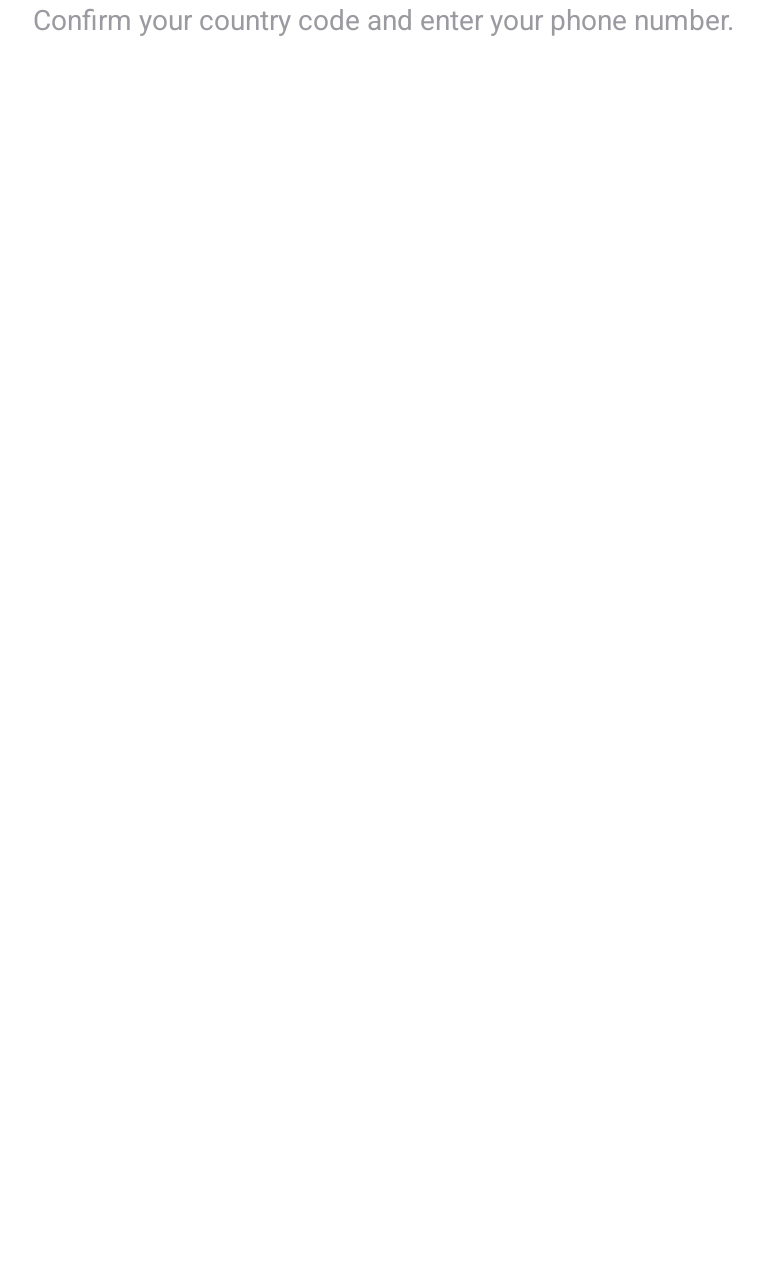
Repository: amit21sharma/Disturb
Layout: Disturb/res/layout/activity_main.xml
The author's editor kept a copy of each file at every save. The layout is drawn from the files as they stood at one save, then again after a run of saves.
It is drawn on a 768 x 1280 px phone screen (xhdpi) without system bars, with theme AppTheme; the app's code is not run.

Above is the layout before, as saved 2013-09-05 10:13:34.

### Disturb/res/layout/activity_main.xml
<?xml version="1.0" encoding="utf-8"?>
<LinearLayout xmlns:android="http://schemas.android.com/apk/res/android"
    android:layout_width="fill_parent"
    android:layout_height="fill_parent"
    android:paddingLeft="16dp"
    android:paddingRight="16dp"
    android:orientation="vertical" >
    <TextView
        android:id="@+id/textView1"
        android:layout_width="wrap_content"
        android:layout_height="wrap_content"
        android:text="@string/registration"
        android:gravity="center"
        android:textColor="#9a9aa0"/>



</LinearLayout>

### Disturb/res/values/strings.xml
<?xml version="1.0" encoding="utf-8"?>
<resources>

    <string name="app_name">Disturb</string>
    <string name="action_settings">Settings</string>
    <string name="hello_world">Hello world!</string>
    <string name="registration">Confirm your country code and enter your phone number.</string>

</resources>

Loaded but not shown: Disturb/res/values/styles.xml (common file); Disturb/res/values-v11/styles.xml (common file); Disturb/res/values-v14/styles.xml (common file); Disturb/res/values/dimens.xml (common file)

After the next 3 saves:
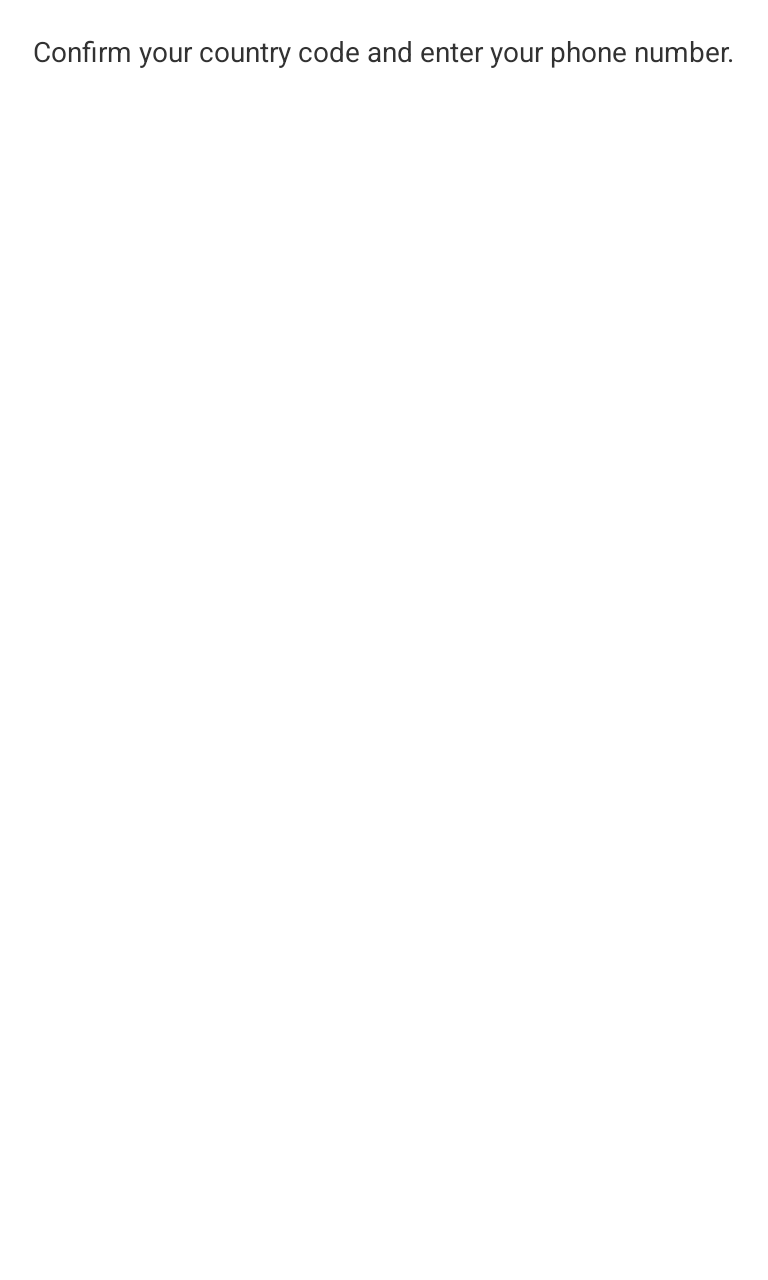
The 3 saves are shown as one change because 2 did not build or start.
The last was saved 8 min 20 s later.
--- a/Disturb/res/layout/activity_main.xml
+++ b/Disturb/res/layout/activity_main.xml
@@ -1,18 +1,19 @@
-<?xml version="1.0" encoding="utf-8"?>
-<LinearLayout xmlns:android="http://schemas.android.com/apk/res/android"
-    android:layout_width="fill_parent"
-    android:layout_height="fill_parent"
-    android:paddingLeft="16dp"
-    android:paddingRight="16dp"
-    android:orientation="vertical" >
+<RelativeLayout xmlns:android="http://schemas.android.com/apk/res/android"
+    xmlns:tools="http://schemas.android.com/tools"
+    android:layout_width="match_parent"
+    android:layout_height="match_parent"
+    android:paddingBottom="@dimen/activity_vertical_margin"
+    android:paddingLeft="@dimen/activity_horizontal_margin"
+    android:paddingRight="@dimen/activity_horizontal_margin"
+    android:paddingTop="@dimen/activity_vertical_margin"
+    tools:context=".MainActivity" >
+
     <TextView
         android:id="@+id/textView1"
         android:layout_width="wrap_content"
         android:layout_height="wrap_content"
         android:text="@string/registration"
-        android:gravity="center"
-        android:textColor="#9a9aa0"/>
+        android:gravity="center"/>
 
 
-
-</LinearLayout>
+</RelativeLayout>
